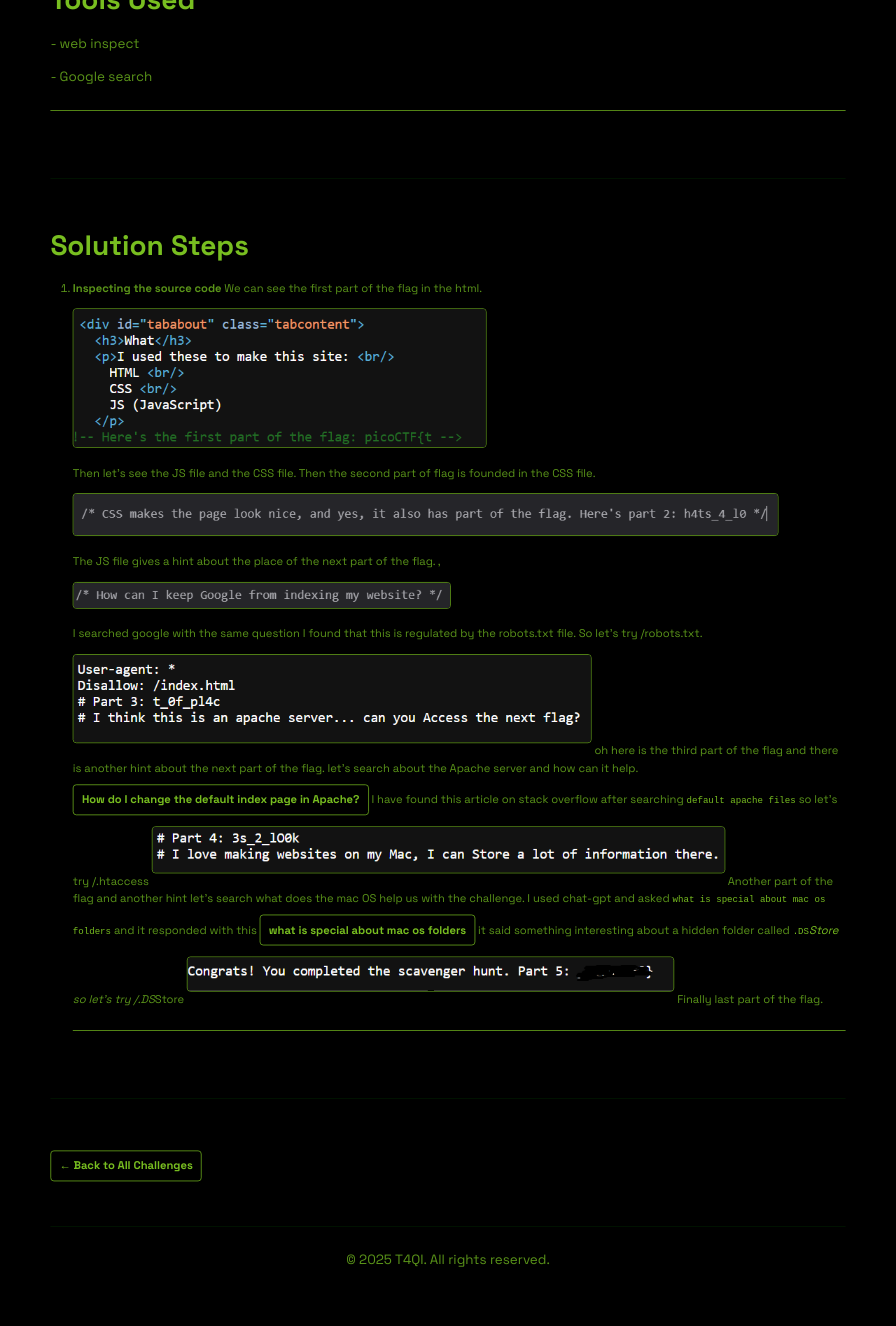
Repository: mohamedsoliman-tq/Website
Page: blogs/picoCTF/Scavenger-hunt.html
These files come from the project's save history. The page is drawn as it stood at one moment and after a run of saves; the edit follows.
The browser window is 1280 px wide. The pictures show the part of the page from y = 1252 to 3172 px (the page is 3146 px tall before and 3172 px after), at 70% of full size.

Above is the page before, as saved 2025-03-14 03:07:04.

After the next 3 saves:
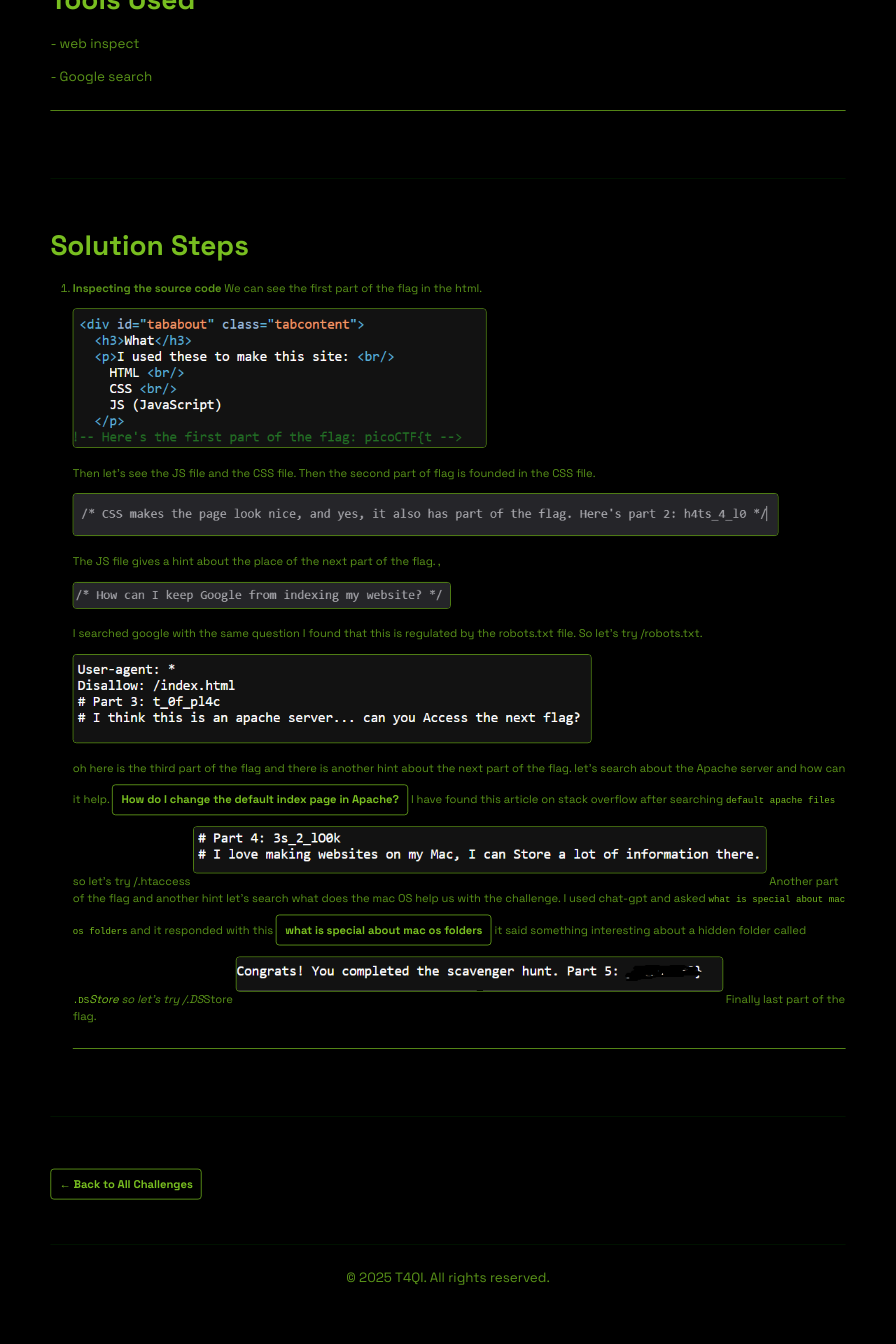
The 3 saves are shown as one change because they came seconds apart.
The last was saved 6 s later.
--- a/blogs/picoCTF/Scavenger-hunt.html
+++ b/blogs/picoCTF/Scavenger-hunt.html
@@ -64,7 +64,7 @@
                         src="pics/Pasted image 20250313090358.png" alt="Pasted image 20250313090358.png"><br> I searched
                     google with the same question I found that this is regulated by the robots.txt file. So let's try
                     /robots.txt. <br><img src="pics/Pasted image 20250313090614.png"
-                        alt="Pasted image 20250313090614.png"> oh here is the third part of the flag and there is
+                        alt="Pasted image 20250313090614.png"><br> oh here is the third part of the flag and there is
                     another hint about the next part of the flag. let's search about the Apache server and how can it
                     help. <a
                         href="https://stackoverflow.com/questions/19322345/how-do-i-change-the-default-index-page-in-apache"
